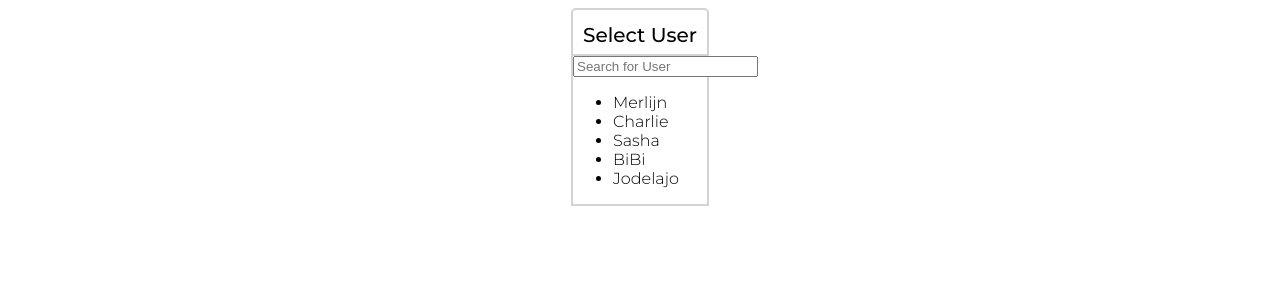
Repository: jodelajo/nuxt-filter-tutorial
Page: /
The author's editor kept a copy of each file at every save. The page is drawn from the files as they stood at one save, then again after the next save.
The browser window is 1280 px wide. The pictures show the whole page.
The project was rebuilt for these pictures with package versions that can differ from the ones it lists, and the page was loaded fresh each time. The framework's server and built-in components were replaced by stand-ins that run in the browser. Also part of the build but not shown: nuxt.config.js, components/NuxtLogo.vue, components/Tutorial.vue.

Above is the page before, as saved 2021-12-11 12:26:38.

After the next save:
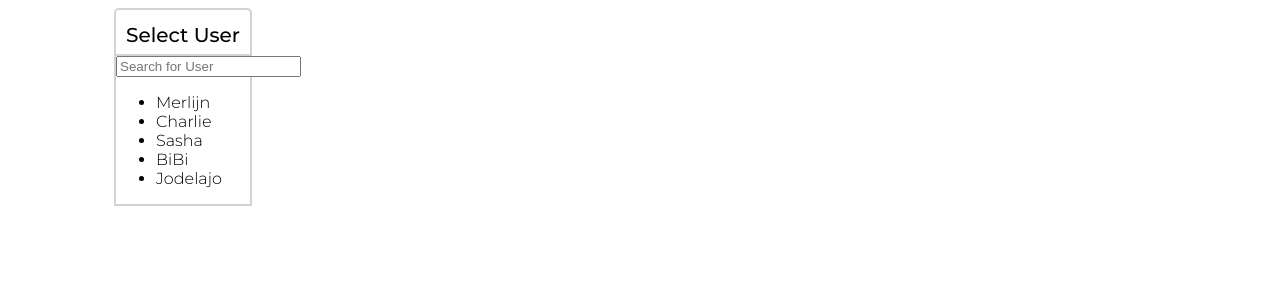
Saved 37 s later.
--- a/pages/index.vue
+++ b/pages/index.vue
@@ -43,6 +43,7 @@
    font-family: "Montserrat", sans-serif;
    font-weight: 300;
    font-size: 16px;
+   max-width: 350px;
 }
 .dropdown-wrapper {
   max-width: 350px;

After the save that followed:
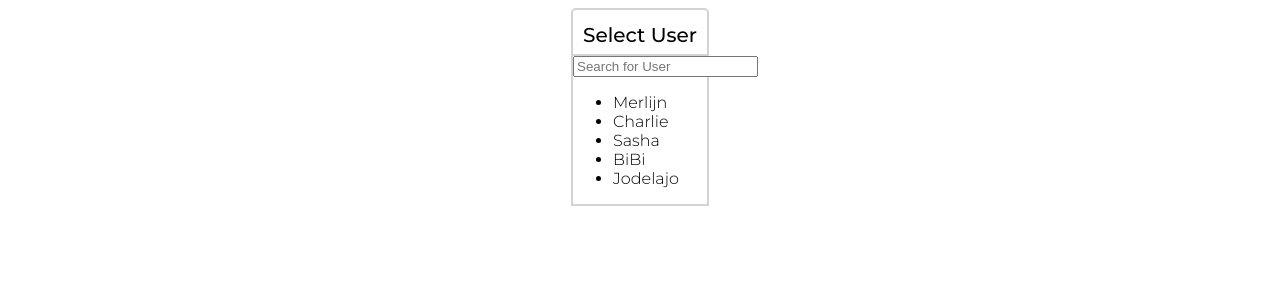
Saved 9 s later.
--- a/pages/index.vue
+++ b/pages/index.vue
@@ -43,7 +43,7 @@
    font-family: "Montserrat", sans-serif;
    font-weight: 300;
    font-size: 16px;
-   max-width: 350px;
+
 }
 .dropdown-wrapper {
   max-width: 350px;
